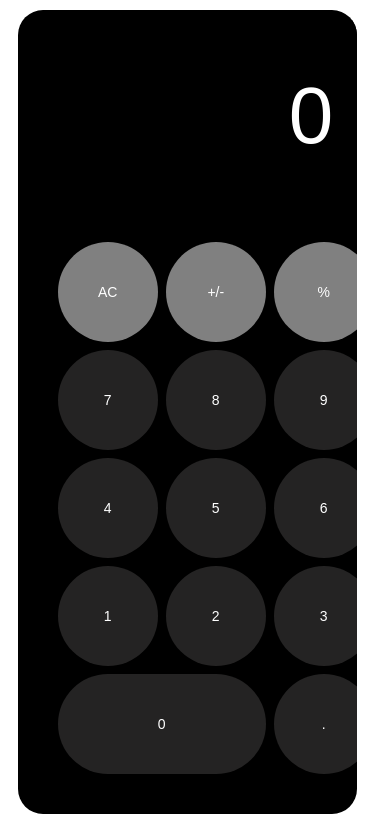
Repository: EguJaredoBoyd/IgHub
Page: mId-week-project/index.html
These files come from the project's save history. The page is drawn as it stood at one moment and after the next save; the edit follows.
The browser window is 375 px wide. The pictures show the whole page.

Above is the page before, as saved 2025-03-01 21:04:30.

### mId-week-project/index.html
<!DOCTYPE html>
<html lang="en">
<head>
    <meta charset="UTF-8">
    <meta name="viewport" content="width=device-width, initial-scale=1.0">
    <title>Document</title>
    <link rel="stylesheet" href="./styles.css">
    <script src="./script-two.js" defer></script>
</head>
<body>

    <div id="calculator" >
        <input id="display" readonly>
        <div id="keys">
            <button onclick="clearDisplay()"class="signs">AC</button>
            <button onclick="appendToDisplay('+/-')" class="signs">+/-</button>
            <button onclick="appendToDisplay('%')" class="signs">%</button>
            <button onclick="appendToDisplay('/')" class="operator-btn">/</button>
            <button onclick="appendToDisplay('7')">7</button>
            <button onclick="appendToDisplay('8')">8</button>
            <button onclick="appendToDisplay('9')">9</button>
            <button onclick="appendToDisplay('*')"class="operator-btn">x</button>
            <button onclick="appendToDisplay('4')">4</button>
            <button onclick="appendToDisplay('5')">5</button>
            <button onclick="appendToDisplay('6')">6</button>
            <button onclick="appendToDisplay('-')"class="operator-btn">-</button>
            <button onclick="appendToDisplay('1')">1</button>
            <button onclick="appendToDisplay('2')">2</button>
            <button onclick="appendToDisplay('3')">3</button>
            <button onclick="appendToDisplay('+')"class="operator-btn">+</button>
            <button onclick="appendToDisplay('0')" class="zero">0</button>
            <button onclick="appendToDisplay('.')">.</button>
            <button onclick="calculate()"class="operator-btn">=</button>
        </div>
    </div>

</body>
</html>

### mId-week-project/styles.css


button{
    width: 100px;
    height: 100px;
    border: none;
    background-color: rgb(36, 35, 35);
    color:white;
    font-size: 3rem;
    font-weight: lighter;
    cursor: pointer;
}

#keys{
    display: grid;
    grid-template-columns: auto auto auto auto;
    gap: 20px;
    padding: 30px;
}

#keys button:not(.zero){
    border-radius: 50%;
}

#calculator{
    font-family: Verdana, Geneva, Tahoma, sans-serif;
    background-color: black;
    border-radius: 25px;
    max-width: 500px;
    overflow: hidden;
}

body{
    margin: 10px;
    display: flex;
    justify-content: center;
    align-items: center;
}

#display{
    width: 80%;
    padding: 50px;
    font-size: 5rem;
    text-align: right;
    border: none;
    background-color: black;
    color: white;

}

button:hover{
    background-color: gray;

}

button:active{
    background-color: white;
}

.operator-btn{
    background-color: orange;

}

.signs{
    background-color: gray;
}

.zero{
    grid-column: 1 / span 2;
    width: 100%;
    border-radius: 50px;
}

/* Media query for tablets */
@media (max-width: 768px) {
    #calculator {
        width: 250px;
        padding: 15px;
    }

    button {
        padding: 12px;
        font-size: 16px;
    }
}

/* Media query for mobile devices */
@media (max-width: 480px) {
    #calculator {
        width: 90%;
        padding: 10px;
    }

    #keys {
        grid-template-columns: repeat(4, 1fr);
        gap: 8px;
    }

    button {
        padding: 10px;
        font-size: 14px;
    }
}

### mId-week-project/script-two.js
let display = document.getElementById("display");
let currentInput = "";
let operator = "";
let firstOperand = null;

function appendToDisplay(value) {
    if (value === "+/-") {
        currentInput = currentInput ? String(-parseFloat(currentInput)) : "";
    } else if (value === "%") {
        currentInput = currentInput ? String(parseFloat(currentInput) / 100) : "";
    } else if (["+", "-", "*", "/"].includes(value)) {
        if (firstOperand === null) {
            firstOperand = parseFloat(currentInput);
            operator = value;
            currentInput = "";
        } else if (currentInput !== "") {
            calculate();
            operator = value;
        }
    } else {
        currentInput += value;
    }
    updateDisplay();
}

function updateDisplay() {
    display.value = currentInput || firstOperand || "0";
}

function clearDisplay() {
    currentInput = "";
    operator = "";
    firstOperand = null;
    updateDisplay();
}

function calculate() {
    if (firstOperand !== null && operator && currentInput !== "") {
        let secondOperand = parseFloat(currentInput);
        switch (operator) {
            case "+":
                firstOperand += secondOperand;
                break;
            case "-":
                firstOperand -= secondOperand;
                break;
            case "*":
                firstOperand *= secondOperand;
                break;
            case "/":
                firstOperand = secondOperand !== 0 ? firstOperand / secondOperand : "Error";
                break;
        }
        currentInput = "";
        operator = "";
        updateDisplay();
    }
}

// Initialize display
updateDisplay();

After the next save:
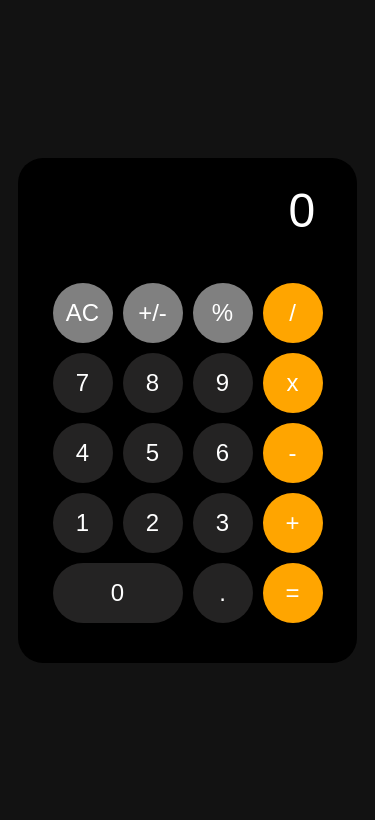
Saved 3 min 55 s later.
--- a/mId-week-project/styles.css
+++ b/mId-week-project/styles.css
@@ -1,72 +1,74 @@
-
-
-button{
+/* Default styles for larger screens */
+button {
     width: 100px;
     height: 100px;
     border: none;
     background-color: rgb(36, 35, 35);
-    color:white;
+    color: white;
     font-size: 3rem;
     font-weight: lighter;
     cursor: pointer;
 }
 
-#keys{
+#keys {
     display: grid;
-    grid-template-columns: auto auto auto auto;
+    grid-template-columns: repeat(4, 1fr);
     gap: 20px;
     padding: 30px;
 }
 
-#keys button:not(.zero){
+#keys button:not(.zero) {
     border-radius: 50%;
 }
 
-#calculator{
+#calculator {
     font-family: Verdana, Geneva, Tahoma, sans-serif;
     background-color: black;
     border-radius: 25px;
     max-width: 500px;
+    padding: 20px;
     overflow: hidden;
+    display: flex;
+    flex-direction: column;
+    align-items: center;
 }
 
-body{
+body {
     margin: 10px;
     display: flex;
     justify-content: center;
     align-items: center;
+    height: 100vh;
+    background-color: #121212;
 }
 
-#display{
+#display {
     width: 80%;
-    padding: 50px;
+    padding: 30px;
     font-size: 5rem;
     text-align: right;
     border: none;
     background-color: black;
     color: white;
-
 }
 
-button:hover{
+button:hover {
     background-color: gray;
-
 }
 
-button:active{
+button:active {
     background-color: white;
 }
 
-.operator-btn{
+.operator-btn {
     background-color: orange;
-
 }
 
-.signs{
+.signs {
     background-color: gray;
 }
 
-.zero{
+.zero {
     grid-column: 1 / span 2;
     width: 100%;
     border-radius: 50px;
@@ -75,13 +77,19 @@
 /* Media query for tablets */
 @media (max-width: 768px) {
     #calculator {
-        width: 250px;
+        max-width: 400px;
         padding: 15px;
     }
 
     button {
-        padding: 12px;
-        font-size: 16px;
+        width: 80px;
+        height: 80px;
+        font-size: 2rem;
+    }
+
+    #display {
+        font-size: 4rem;
+        padding: 20px;
     }
 }
 
@@ -94,11 +102,17 @@
 
     #keys {
         grid-template-columns: repeat(4, 1fr);
-        gap: 8px;
+        gap: 10px;
     }
 
     button {
-        padding: 10px;
-        font-size: 14px;
+        width: 60px;
+        height: 60px;
+        font-size: 1.5rem;
+    }
+
+    #display {
+        font-size: 3rem;
+        padding: 15px;
     }
 }

After the 2 saves that followed:
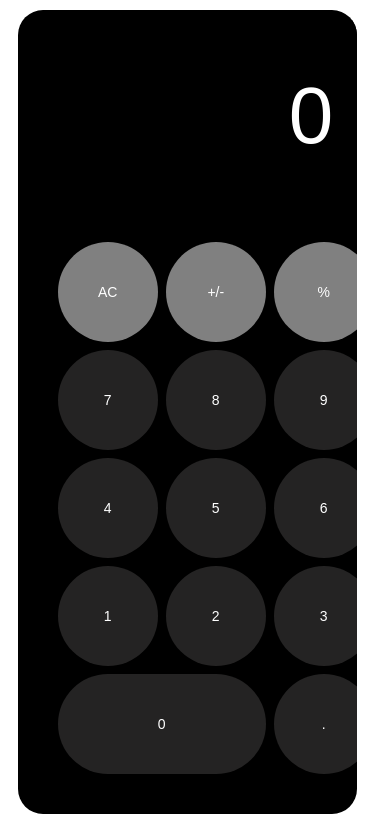
The 2 saves are shown as one change because 1 left the picture as it was.
The last was saved 103 s later.
--- a/mId-week-project/styles.css
+++ b/mId-week-project/styles.css
@@ -1,74 +1,72 @@
-/* Default styles for larger screens */
-button {
+
+
+button{
     width: 100px;
     height: 100px;
     border: none;
     background-color: rgb(36, 35, 35);
-    color: white;
+    color:white;
     font-size: 3rem;
     font-weight: lighter;
     cursor: pointer;
 }
 
-#keys {
+#keys{
     display: grid;
-    grid-template-columns: repeat(4, 1fr);
+    grid-template-columns: auto auto auto auto;
     gap: 20px;
     padding: 30px;
 }
 
-#keys button:not(.zero) {
+#keys button:not(.zero){
     border-radius: 50%;
 }
 
-#calculator {
+#calculator{
     font-family: Verdana, Geneva, Tahoma, sans-serif;
     background-color: black;
     border-radius: 25px;
     max-width: 500px;
-    padding: 20px;
     overflow: hidden;
-    display: flex;
-    flex-direction: column;
-    align-items: center;
 }
 
-body {
+body{
     margin: 10px;
     display: flex;
     justify-content: center;
     align-items: center;
-    height: 100vh;
-    background-color: #121212;
 }
 
-#display {
+#display{
     width: 80%;
-    padding: 30px;
+    padding: 50px;
     font-size: 5rem;
     text-align: right;
     border: none;
     background-color: black;
     color: white;
+
 }
 
-button:hover {
+button:hover{
+    background-color: gray;
+
+}
+
+button:active{
+    background-color: white;
+}
+
+.operator-btn{
+    background-color: orange;
+
+}
+
+.signs{
     background-color: gray;
 }
 
-button:active {
-    background-color: white;
-}
-
-.operator-btn {
-    background-color: orange;
-}
-
-.signs {
-    background-color: gray;
-}
-
-.zero {
+.zero{
     grid-column: 1 / span 2;
     width: 100%;
     border-radius: 50px;
@@ -77,19 +75,13 @@
 /* Media query for tablets */
 @media (max-width: 768px) {
     #calculator {
-        max-width: 400px;
+        width: 250px;
         padding: 15px;
     }
 
     button {
-        width: 80px;
-        height: 80px;
-        font-size: 2rem;
-    }
-
-    #display {
-        font-size: 4rem;
-        padding: 20px;
+        padding: 12px;
+        font-size: 16px;
     }
 }
 
@@ -102,17 +94,11 @@
 
     #keys {
         grid-template-columns: repeat(4, 1fr);
-        gap: 10px;
+        gap: 8px;
     }
 
     button {
-        width: 60px;
-        height: 60px;
-        font-size: 1.5rem;
-    }
-
-    #display {
-        font-size: 3rem;
-        padding: 15px;
+        padding: 10px;
+        font-size: 14px;
     }
 }
